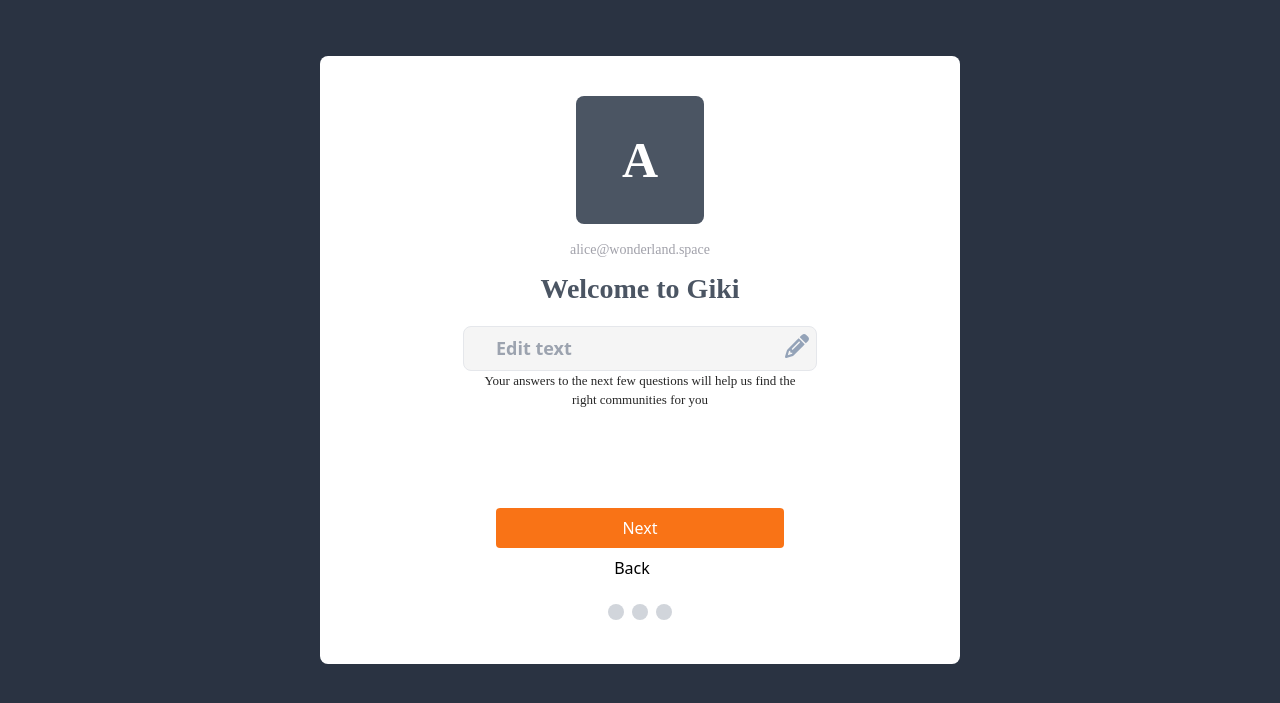
Repository: ZakariaZhlat125/lucatctyteste
Page: /, after clicking the first element matching `button.mt-36`
These files come from the project's save history. The page is drawn as it stood at one moment and after the next save; the edit follows.
The browser window is 1280 px wide. The pictures show the whole page.
The project was rebuilt for these pictures with package versions that can differ from the ones it lists, and the page was loaded fresh each time. Also part of the build but not shown: vite.config.js, src/Components/ModalComponents/PickLang.jsx, src/Components/ModalComponents/SelectImage.jsx.

Above is the page before, as saved 2023-09-29 12:31:12.

### src/App.jsx
import { useState } from 'react'
import Modalpage from './pages/Modalpage'


function App() {

  return (
    <>
    <Modalpage />
    </>
  )
}

export default App

### src/pages/Modalpage.jsx
import React, { useState } from "react";
import logo from "../assets/Images/Logo.png";
import Modal from "../Components/ModalComponents/Modal";
const Modalpage = () => {
  const [isModalOpen, setIsModalOpen] = useState(false);



  return (
    <div className="h-screen w-secreen bg-gray-600 flex flex-col justify-center items-center  ">
      <img
        src={logo}
        alt="logo"
        className="w-[415px] h-[413px] mx-2 "
      />
      <button
        onClick={() => setIsModalOpen(true)}
        className="mt-36 w-[309px] h-[41px] sm:w-[409px]  shadow-sm bg-orange-500  hover:bg-orange-600 rounded-lg  text-white text-sm font-semibold font-['Montserrat']"
      >
        Open Modal
      </button>


      <Modal isOpen={isModalOpen}  onClose={() => setIsModalOpen(false)} />

    </div>
  );
};

export default Modalpage;

### src/Components/ModalComponents/Modal.jsx
import React, { useState } from "react";
import Welcom from "./Welcom";
import PickLang from "./PickLang";
import SelectImage from "./SelectImage";
const Modal = ({ isOpen, onClose }) => {
  const [currentPage, setCurrentPage] = useState(1);
  if (!isOpen) return null;
  const totalPages = 3;
  const nextPage = () => {
    if (currentPage < 3) {
      setCurrentPage(currentPage + 1);
    }
  };

  const prevPage = () => {
    if (currentPage > 1) {
      setCurrentPage(currentPage - 1);
    }
  };

  const getOrangeCount = () => {
    // Return the number of orange circles to display based on the current page
    switch (currentPage) {
      case 2:
        return 1;
      case 3:
        return 2;
      default:
        return 0;
    }
  };

  return (
    <div className="fixed inset-0 flex justify-center items-center z-50">
      <div className="fixed inset-0 bg-gray-800 opacity-75"></div>
      <div className="bg-white w-[40rem] h-[38rem]  rounded-lg p-8 z-50 relative flex flex-col justify-between items-center">
        {/* Modal content goes here */}

        {/* <button
          onClick={onClose}
          className="absolute mx-auto bottom-2   text-gray-500 hover:text-gray-700 cursor-pointer"
        >
          Close
        </button> */}
        {currentPage === 1 && <Welcom />}
        {currentPage === 2 && <PickLang />}
        {currentPage === 3 && <SelectImage />}
        <div className="my-3 flex flex-col">
            <button
              onClick={nextPage}
              className="w-72 bg-orange-500 text-white px-4 py-2 rounded"
            >
              Next
            </button>
            <button
              onClick={prevPage}
              className="mr-4   text-black px-4 py-2 rounded"
            >
              Back
            </button>
          <div className="flex mt-4 self-center">
            {[...Array(totalPages)].map((_, index) => (
              <div
                key={index}
                className={`w-4 h-4 mx-1 rounded-full ${
                  index < getOrangeCount() ? "bg-orange-500" : "bg-gray-300"
                }`}
              ></div>
            ))}
          </div>
        </div>
      </div>
    </div>
  );
};

export default Modal;

### src/Components/ModalComponents/Welcom.jsx
import React from "react";
import {FontAwesomeIcon  } from "@fortawesome/react-fontawesome";
import { faPencilAlt } from "@fortawesome/free-solid-svg-icons";

const Welcom = () => {
  return (
    <div className="flex flex-col justify-center items-center px-32">
      <div className="bg-gray-600 w-32 h-32 flex rounded-lg justify-center items-center my-2">
        <p className="text-white text-[50px] font-bold   font-['Montserrat']">
          A
        </p>
      </div>

      <p className="my-2 text-zinc-400 text-sm font-medium font-['Poppins'] ">
        alice@wonderland.space
      </p>
      <h3 className="text-gray-600 text-[28px] font-bold font-['Poppins']">
        Welcome to Giki
      </h3>
      <div className="relative mt-4">
        <input
          type="text"
          placeholder="Edit text"
          className="py-2 px-8 pr-12 border text-orange-500 font-bold text-[18px] bg-neutral-100 rounded-lg focus:outline-none focus:border-orange-500"
        />
        <FontAwesomeIcon
          icon={faPencilAlt}
          className="absolute right-2 top-2 text-slate-400 w-6 h-6 cursor-pointer"
        />
      </div>
      <p className="w-[314px]  text-center text-neutral-800 text-[13px] font-medium font-['Poppins'] leading-[19px]">
        Your answers to the next few questions will help us find the right
        communities for you
      </p>
    </div>
  );
};

export default Welcom;

### tailwind.config.js
/** @type {import('tailwindcss').Config} */
export default {
  content: [
    "./index.html",
    "./src/**/*.{js,ts,jsx,tsx}",
  ],
  theme: {
    container: {
      center: true,
      padding: {
        DEFAULT: '1rem',
        sm: '2rem',
        lg: '4rem',
        xl: '5rem',
        '2xl': '6rem',
      },
    },
    extend: {},
  },
  plugins: [],
}

Loaded but not shown: index.html (common file); src/main.jsx (common file); src/index.css (common file)

After the next save:
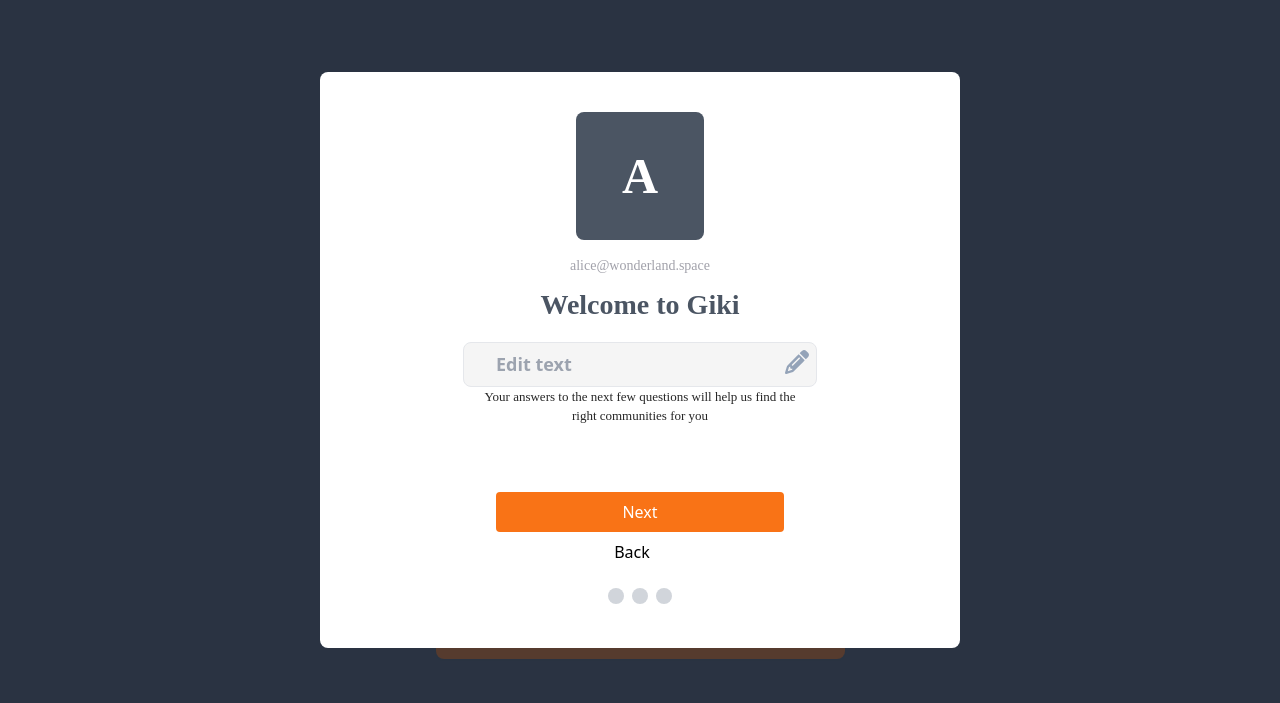
Saved 10 s later.
--- a/src/Components/ModalComponents/Modal.jsx
+++ b/src/Components/ModalComponents/Modal.jsx
@@ -33,7 +33,7 @@
   return (
     <div className="fixed inset-0 flex justify-center items-center z-50">
       <div className="fixed inset-0 bg-gray-800 opacity-75"></div>
-      <div className="bg-white w-[40rem] h-[38rem]  rounded-lg p-8 z-50 relative flex flex-col justify-between items-center">
+      <div className="bg-white w-[40rem] h-[36rem]  rounded-lg p-8 z-50 relative flex flex-col justify-between items-center">
         {/* Modal content goes here */}
 
         {/* <button
